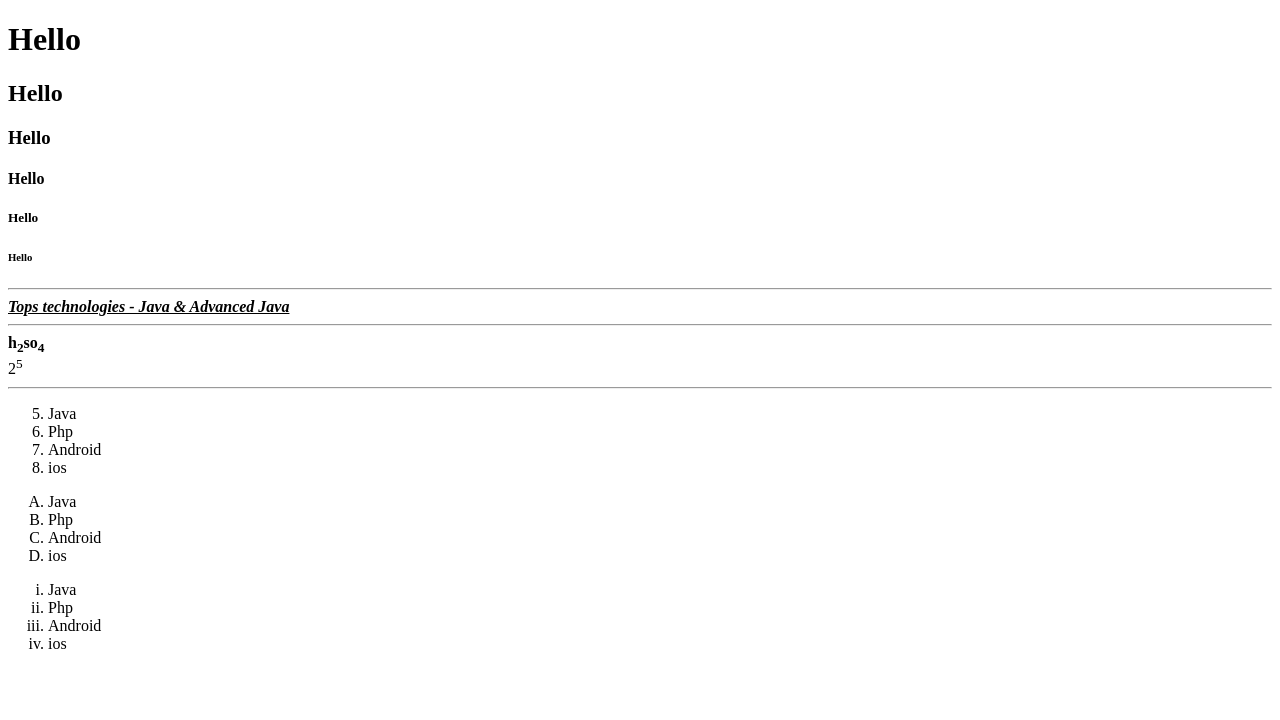
Repository: Chintan-elite/Java_Shail
Page: Learning_web/src/main/webapp/index.html
The author's editor kept a copy of each file at every save. The page is drawn from the files as they stood at one save, then again after the next save.
The browser window is 1280 px wide. The pictures show the whole page.

Above is the page before, as saved 2023-09-08 12:05:28.

After the next save:
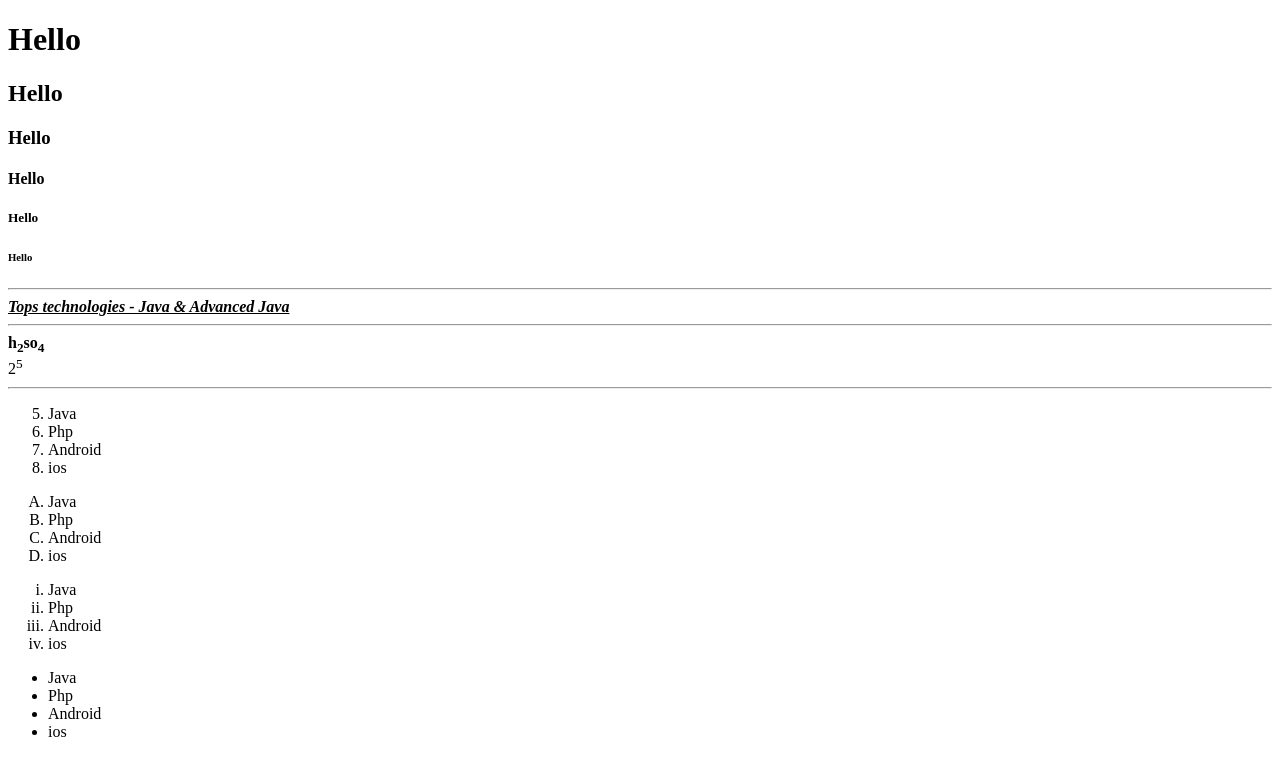
Saved 31 s later.
--- a/Learning_web/src/main/webapp/index.html
+++ b/Learning_web/src/main/webapp/index.html
@@ -45,7 +45,12 @@
 	<li>ios</li>
 	</ol>
 
-
+	<ul>
+	<li>Java</li>
+	<li>Php</li>
+	<li>Android</li>
+	<li>ios</li>
+	</ul>
 
 
 
